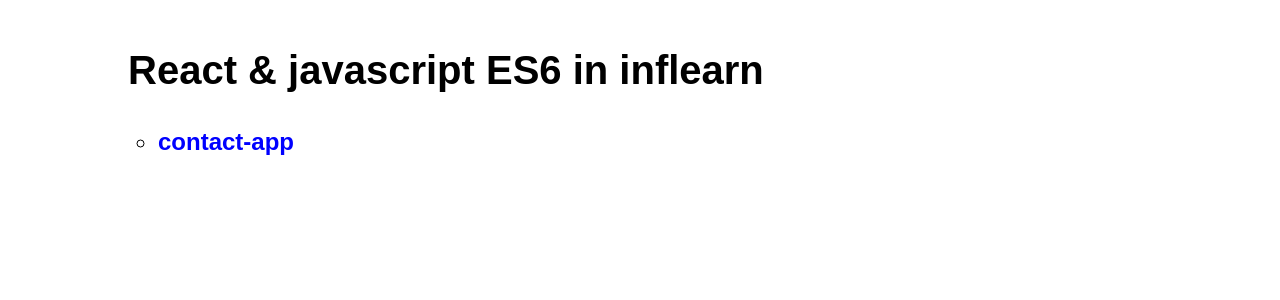
Repository: Hjinyyyy/react_beginner
Page: index.html
An editor plug-in stored every save of this project. The page is shown before and after the next save, followed by the edit.
The browser window is 1280 px wide. The pictures show the whole page.
The pointer rests on the first visible `.wrap li a`.

Above is the page before, as saved 2021-10-26 14:31:41.

After the next save:
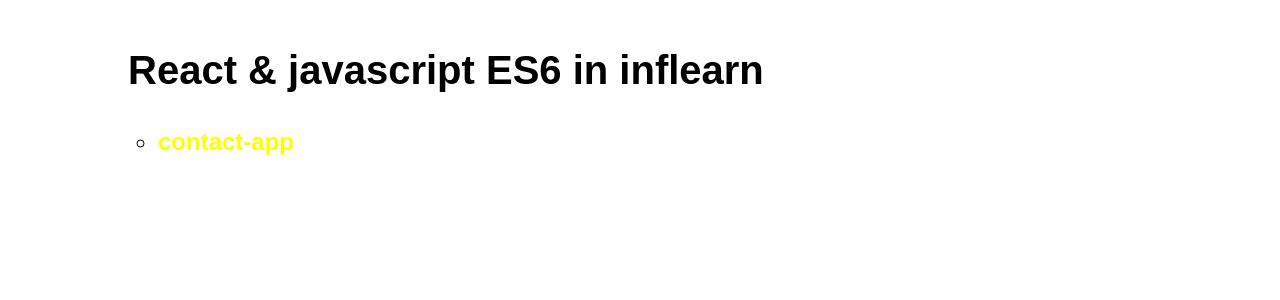
Saved 29 s later.
--- a/css/default.css
+++ b/css/default.css
@@ -4,3 +4,4 @@
 .wrap li { list-style: circle; margin: 20px 0 0 30px; font-size: 1.5rem; }
 .wrap li:first-child { margin: 0 0 0 30px; }
 .wrap li a { color: blue; font-weight: 600; }
+.wrap li a:hover { color: yellow; }
